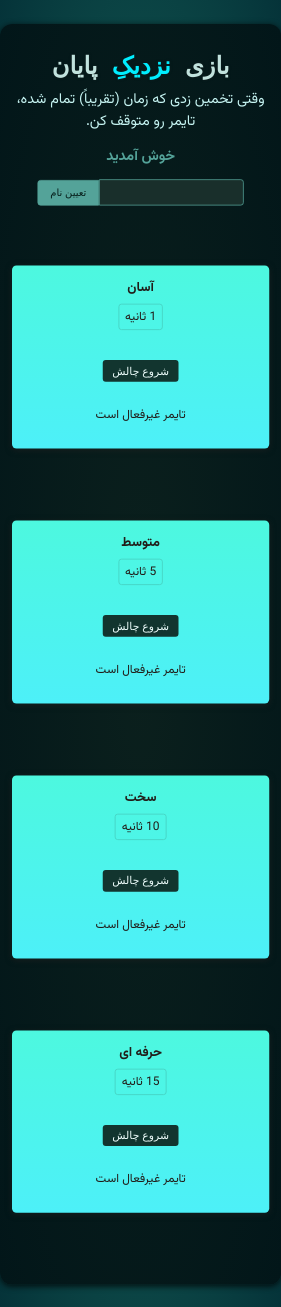
Repository: H-ala/react-near-end
Page: /
These files come from the project's save history. The page is drawn as it stood at one moment and after the next save; the edit follows.
The browser window is 375 px wide. The pictures show the whole page, at 75% of full size.
The project was rebuilt for these pictures with package versions that can differ from the ones it lists, and the page was loaded fresh each time. Also part of the build but not shown: vite.config.js.

Above is the page before, as saved 2025-10-21 19:46:17.

### index.html
<!DOCTYPE html>
<html lang="en">

<head>
  <meta charset="UTF-8" />
  <link rel="icon" type="image/svg+xml" href="/vite.svg" />
  <meta name="viewport" content="width=device-width, initial-scale=1.0" />
  <title>Refs & Portals</title>
</head>

<body>
  <div id="modal"></div>
  <div id="content">
    <header>
      <h1>بازی <em>نزدیکِ</em> پایان</h1>
      <p>وقتی تخمین زدی که زمان (تقریباً) تمام شده، تایمر رو متوقف کن.</p>
    </header>
    <div id="root"></div>
  </div>
  <script type="module" src="/src/main.jsx"></script>
</body>

</html>

### src/App.jsx
import Player from "./components/Player.jsx";
import TimerChallenge from "./components/TimerChallenge.jsx";

function App() {
  return (
    <>
      <Player />
      <div id="challenges">
        <TimerChallenge title="آسان" targetTime={1} />
        <TimerChallenge title="متوسط" targetTime={5} />
        <TimerChallenge title="سخت" targetTime={10} />
        <TimerChallenge title="حرفه ای" targetTime={15} />
      </div>
    </>
  );
}

export default App;

### src/index.css
@import url("https://fonts.googleapis.com/css2?family=Vazirmatn:wght@400;700&display=swap");

* {
  box-sizing: border-box;
}

body {
  margin: 0;
  font-family: "Vazirmatn", sans-serif;
  -webkit-font-smoothing: antialiased;
  -moz-osx-font-smoothing: grayscale;
  background: radial-gradient(#186a5e, #053339);
  color: #e1eeeb;
  direction: rtl;
  min-height: 100vh;
}

#content {
  max-width: 60rem;
  margin: 2rem auto;
  padding: 2rem;
  background: radial-gradient(#0b201d, #021619);
  border-radius: 16px;
  box-shadow: 0 2px 8px rgba(0, 0, 0, 0.8);
}

h1 {
  font-family: "Handjet", monospace;
  text-align: center;
  text-transform: uppercase;
  color: #c1e2dd;
  text-shadow: 0 0 4px rgba(35, 34, 34, 0.4);
  font-size: 3.5rem;
  margin-bottom: 0.5rem;
}

h1 em {
  font-style: normal;
  color: #00eeff;
}

header p {
  font-size: 1.2rem;
  margin: 0;
  text-align: center;
  color: #c6f4f2;
}

#player {
  text-align: center;
}

#player h2 {
  color: #54a399;
}

#player p {
  display: flex;
  justify-content: center;
  align-items: center;
}

#player input {
  font: inherit;
  border: 1px solid #54a399;
  background-color: #192f2b;
  border-radius: 4px;
  border-top-left-radius: 0;
  border-bottom-left-radius: 0;
  padding: 0.25rem;
  color: #d1f0ec;
}

#player button {
  cursor: pointer;
  background-color: #54a399;
  border: 1px solid #54a399;
  padding: 0.55rem 1rem;
  color: #061e1a;
  border-top-left-radius: 4px;
  border-bottom-left-radius: 4px;
}

#player button:hover {
  background-color: #3c8379;
  border-color: #3c8379;
}

#challenges {
  max-width: 50rem;
  margin: 3rem auto;
  display: flex;
  flex-wrap: wrap;
  gap: 2rem;
}

.challenge {
  width: 22rem;
  display: flex;
  flex-direction: column;
  align-items: center;
  justify-content: center;
  padding: 2rem;
  margin: 2rem auto;
  background: linear-gradient(#4df8df, #4df0f8);
  color: #221c18;
  box-shadow: 0 2px 8px rgba(35, 34, 34, 0.6);
  border-radius: 6px;
}

.challenge button {
  margin-top: 1rem;
  padding: 0.5rem 1rem;
  border: none;
  border-radius: 4px;
  background: #12352f;
  color: #edfcfa;
  font-size: 1.2rem;
  cursor: pointer;
}

.challenge button:hover {
  background: #051715;
}

.challenge h2 {
  font-size: 1.5rem;
  margin: 0;
  text-align: center;
  color: #221c18;
}

.challenge-time {
  border: 1px solid #46cebe;
  border-radius: 4px;
  padding: 0.25rem 0.5rem;
  margin: 0.5rem;
}

.challenge .active {
  animation: flash 1s infinite;
}

.result-modal {
  border: none;
  border-radius: 8px;
  padding: 2rem;
  background-color: #d7fcf8;
}

.result-modal[open] {
  animation: slide-in-from-top 0.35s ease-out;
}

.result-modal::backdrop {
  background: rgba(0, 0, 0, 0.9);
}

.result-modal h2 {
  font-family: "Handjet", monospace;
  margin: 0 0 0.25rem 0;
  font-size: 3rem;
  text-transform: uppercase;
}

.result-modal progress {
  width: 100%;
  height: 1.5rem;
  margin: 0;
  accent-color: #46cebe;
}

.result-modal p {
  margin: 0.5rem 0;
  font-size: 1.2rem;
}

.result-modal p strong {
  color: #10655b;
}

.result-modal form {
  text-align: right;
}

.result-modal button {
  margin-top: 1rem;
  padding: 0.5rem 1rem;
  border: none;
  border-radius: 4px;
  background: #12352f;
  color: #edfcfa;
  font-size: 1.2rem;
  cursor: pointer;
}

.result-modal button:hover {
  background: #051715;
}

@keyframes slide-in-from-top {
  0% {
    transform: translateY(-15%);
    opacity: 0;
  }
  100% {
    transform: translateY(0);
    opacity: 1;
  }
}

@keyframes flash {
  0% {
    opacity: 0.5;
  }
  50% {
    opacity: 1;
  }
  100% {
    opacity: 0.5;
  }
}

@media (max-width: 768px) {
  h1 {
    font-size: 2.5rem;
  }}
/*
  header p {
    font-size: 1rem;
  }

  #player input {
    width: 100%;
    margin-bottom: 0.5rem;
  }

  #player button {
    width: 100%;
    border-radius: 4px;
    border-top-left-radius: 4px;
    border-bottom-left-radius: 4px;
  }

  #challenges {
    gap: 1rem;
  }

  .challenge {
    padding: 1.5rem;
    flex: 1 1 100%;
  }

  .challenge h2 {
    font-size: 1.3rem;
  }

  .challenge button {
    font-size: 1rem;
  }

  .result-modal h2 {
    font-size: 2rem;
  }

  .result-modal p {
    font-size: 1rem;
  }
} */

@media (max-width: 480px) {
  h1 {
    font-size: 2rem;
  }

  #content {
    padding: 1rem;
  }

  .challenge {
    padding: 1rem;
  }

  .challenge h2 {
    font-size: 1.1rem;
  }

  .challenge button {
    font-size: 0.9rem;
    padding: 0.4rem 0.8rem;
  }

  #player h2 {
    font-size: 1.2rem;
  }
} */

### src/components/Player.jsx
import { useState, useRef } from "react";

export default function Player() {
  const playerName = useRef();
  const [enteredPlayerName, setEnteredPlayerName] = useState("");

  function handleClick() {
    setEnteredPlayerName(playerName.current.value);
    playerName.current.value = "";
  }

  return (
    <section id="player">
      <h2>خوش آمدید {enteredPlayerName ?? "unknown entity"}</h2>
      <p>
        <input
          ref={playerName}
          type="text"
        />
        <button onClick={handleClick}>تعیین نام</button>
      </p>
    </section>
  );
}

### src/components/TimerChallenge.jsx
import { useState, useRef } from "react";
import ResultModal from "./ResultModal";

export default function TimerChallenge({ title, targetTime }) {
  const timer = useRef();
  const dialog = useRef();

  const [timeRemaining, setTimeRemaining] = useState(targetTime * 1000);
  const timerIsActive = timeRemaining > 0 && timeRemaining < targetTime * 1000;

  if (timeRemaining <= 0) {
    clearInterval(timer.current);
    dialog.current.open();
  }

  function handleStart() {
    timer.current = setInterval(() => {
      setTimeRemaining((prevTimeRemaining) => prevTimeRemaining - 10);
    }, 10);
  }

  function handleReset() {
    setTimeRemaining(targetTime * 1000);
  }

  function handleStop() {
    clearInterval(timer.current);
    dialog.current.open();
  }

  return (
    <>
      <ResultModal
        ref={dialog}
        targetTime={targetTime}
        remainingTime={timeRemaining}
        onReset={handleReset}
      />
      <section className="challenge">
        <h2>{title}</h2>
        <p className="challenge-time">
          {targetTime} ثانیه
        </p>
        <p>
          <button onClick={timerIsActive ? handleStop : handleStart}>
            {timerIsActive ? "توقف" : "شروع"} چالش
          </button>
        </p>
        <p className={timerIsActive ? "active" : undefined}>
          {timerIsActive ? "زمان داره میگذره..." : "تایمر غیرفعال است"}
        </p>
      </section>
    </>
  );
}

### src/components/ResultModal.jsx
import { useImperativeHandle, useRef } from "react";
import { createPortal } from "react-dom";

export default function ResultModal({ ref, targetTime, remainingTime, onReset }) {
  const dialog = useRef();

  const userLost = remainingTime <= 0;
  const formattedRemainingTime = (remainingTime / 1000).toFixed(2);
  const score = Math.round((1 - (remainingTime / (targetTime * 1000))) * 100);

  useImperativeHandle(ref, () => {
    return {
      open() {
        dialog.current.showModal();
      },
    };
  });

  return createPortal(
    <dialog ref={dialog} className="result-modal" onClose={onReset}>
      {userLost && <h2>تو باختی!</h2>}
      {!userLost && <h2>امتیاز : {score}</h2>}
      <p>
        زمان تارگت <strong>{targetTime} ثانیه بود. </strong>
      </p>
      <p>
        زمان رو وقتی
        <strong> {formattedRemainingTime} ثانیه مونده بود متوقف کردی. </strong>
      </p>
      <form action="dialog" onSubmit={onReset}>
        <button>بستن</button>
      </form>
    </dialog>,
    document.getElementById("modal")
  );
}

Loaded but not shown: src/main.jsx (common file)

After the next save:
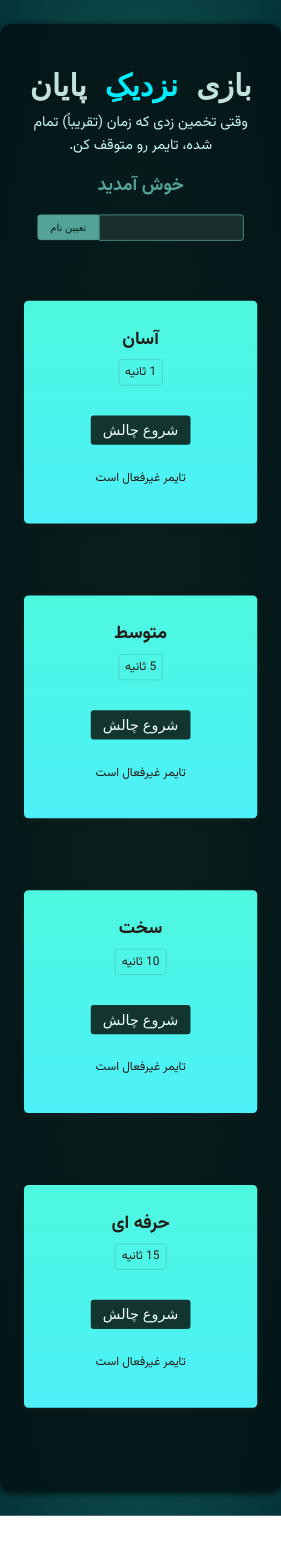
Saved 22 s later.
--- a/src/index.css
+++ b/src/index.css
@@ -266,7 +266,7 @@ header p {
   .result-modal p {
     font-size: 1rem;
   }
-} */
+}
 
 @media (max-width: 480px) {
   h1 {
@@ -293,4 +293,4 @@ header p {
   #player h2 {
     font-size: 1.2rem;
   }
-} */
+} */ */
